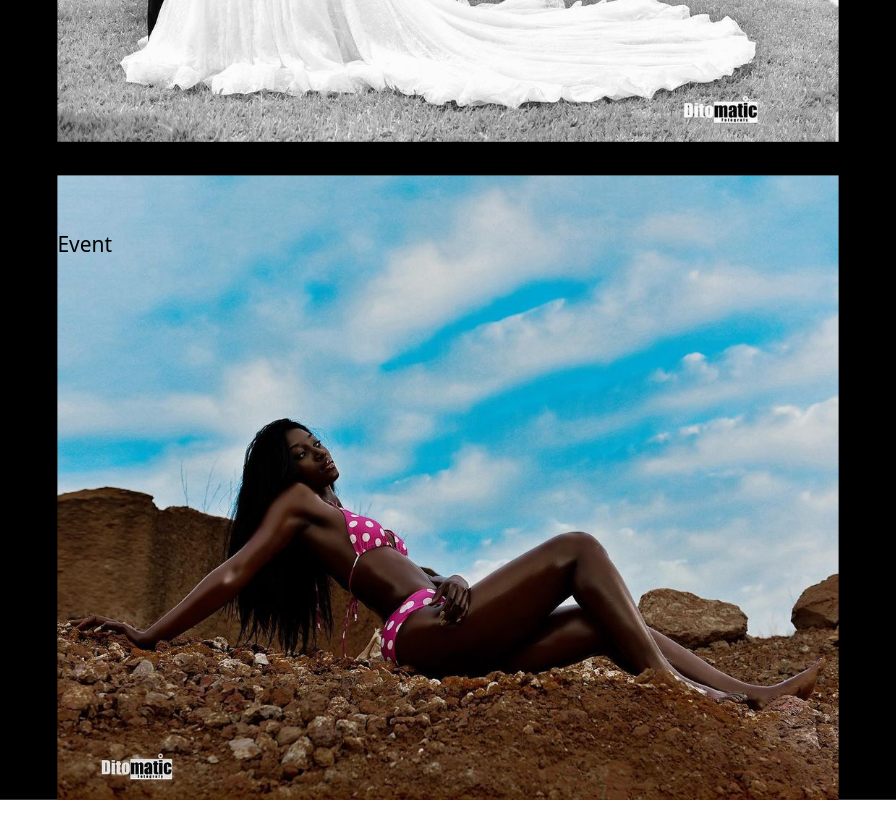
Repository: latenightsnacc/Ditomatic-Demo
Page: ditomatic.html
The author's editor kept a copy of each file at every save. The page is drawn from the files as they stood at one save, then again after the next save.
The browser window is 1280 px wide. The pictures show the part of the page from y = 542 to 2462 px (the page is 1732 px tall before and 3518 px after), at 70% of full size.
Some web libraries are served in a nearby version.

Above is the page before, as saved 2021-02-23 18:54:19.
Console error: TypeError: Cannot read properties of null (reading 'addEventListener')

### ditomatic.html
<!DOCTYPE html>
<html lang="en">
<head>
    <meta charset="UTF-8">
    <meta name="viewport" content="width=device-width, initial-scale=1.0">
    <!--Tailwind 2.0.2-->
    <link href="https://cdnjs.cloudflare.com/ajax/libs/tailwindcss/2.0.2/tailwind.min.css" rel="stylesheet">
    <!--Font Awesome 5.15.1-->
    <link rel="stylesheet" href="https://cdnjs.cloudflare.com/ajax/libs/font-awesome/5.15.1/css/all.min.css" integrity="sha512-+4zCK9k+qNFUR5X+cKL9EIR+ZOhtIloNl9GIKS57V1MyNsYpYcUrUeQc9vNfzsWfV28IaLL3i96P9sdNyeRssA==" crossorigin="anonymous" />
    <!-- Bootstrap 5.0.0 Beta-->
    <link href="https://cdn.jsdelivr.net/npm/bootstrap@5.0.0-beta1/dist/css/bootstrap.min.css" rel="stylesheet" integrity="sha384-giJF6kkoqNQ00vy+HMDP7azOuL0xtbfIcaT9wjKHr8RbDVddVHyTfAAsrekwKmP1" crossorigin="anonymous" />
    <!-- UIkit CSS -->
    <link rel="stylesheet" href="https://cdn.jsdelivr.net/npm/uikit@3.6.9/dist/css/uikit.min.css" />
    <link rel="stylesheet" href="stylesheet.css">
    <!--Page Title-->
    <title>Ditomatic Fotografy</title>
</head>
<body class="bg-black overflow-x-hidden">
    <!--Header-->
    <header>
        <nav class="navbar navbar-expand-lg navbar-light bg-black fixed-top mb-44">
            <div class="container">
                <a class="font-bold text-base uppercase text-white" href="#">
                    DITOMATIC
                    <!-- <img src="assets/Logos/TRY-Logo.png" alt="" width="150px" > -->
                </a>
                <ul class="navbar-nav ml-auto ">
                    <li class="nav-item">
                        <a class="nav-link font-bold text-base uppercase text-white" href="#">book appointment</a>
                    </li>
                </ul>
            </div>
        </nav>
    </header>
    <!--End of Header-->
    <main class="bg-transparent">
        <!--Event-->
        <section class="">
            <div class="container">
                <div class="relative">
                    <img src="images/TLFC-ConvertImage.jpg" alt="" width="100%">

                    <div class="absolute top-20 left-0">
                        <div class="text-black text-3xl hover:font-black">Event</div>
                    </div>
                </div>
            </div>
        </section>
        <!--End of Event-->

        <div class="my-5"></div>

        <!--Lifestyle-->
        <section class="">
            <div class="container">
                <div class="relative">
                    <img src="images/Bikini.jpg" alt="" width="100%">

                    <div class="absolute top-20 left-0">
                        <div class="text-black text-3xl hover:font-black">Event</div>
                    </div>
                </div>
            </div>
        </section>
        <!--End of Lifestyle-->
        <div class="my-5"></div>
        <!--Fashion-->

        <!--End of Fashion-->

    </main>
<!-- UIkit JS -->
<script src="main.js"></script>
<script src="https://cdn.jsdelivr.net/npm/uikit@3.6.9/dist/js/uikit.min.js"></script>

<!--BOOTSTRAP CDN-->
<script src="https://cdn.jsdelivr.net/npm/bootstrap@5.0.0-beta1/dist/js/bootstrap.bundle.min.js" integrity="sha384-ygbV9kiqUc6oa4msXn9868pTtWMgiQaeYH7/t7LECLbyPA2x65Kgf80OJFdroafW" crossorigin="anonymous"></script>

</body>
</html>

### stylesheet.css
.d-none, #eventSet {
    display: none;
}

### main.js
let lifeStlyeSet = document.getElementById('lifestyleSet');
let eventSet = document.getElementById('eventSet');


document.getElementById('lifestyleBtn').addEventListener('click', function() {
    if(lifeStlyeSet.style.display === 'none') {
        lifeStlyeSet.style.display = 'block';
    } else {
        lifeStlyeSet.style.display = 'none';
    }
    }
)
document.getElementById('eventBtn').addEventListener('click', function() {
    if(eventSet.style.display === 'none') {
        eventSet.style.display = 'block';
    } else {
        eventSet.style.display = 'none';
    }
    }
)

After the next save:
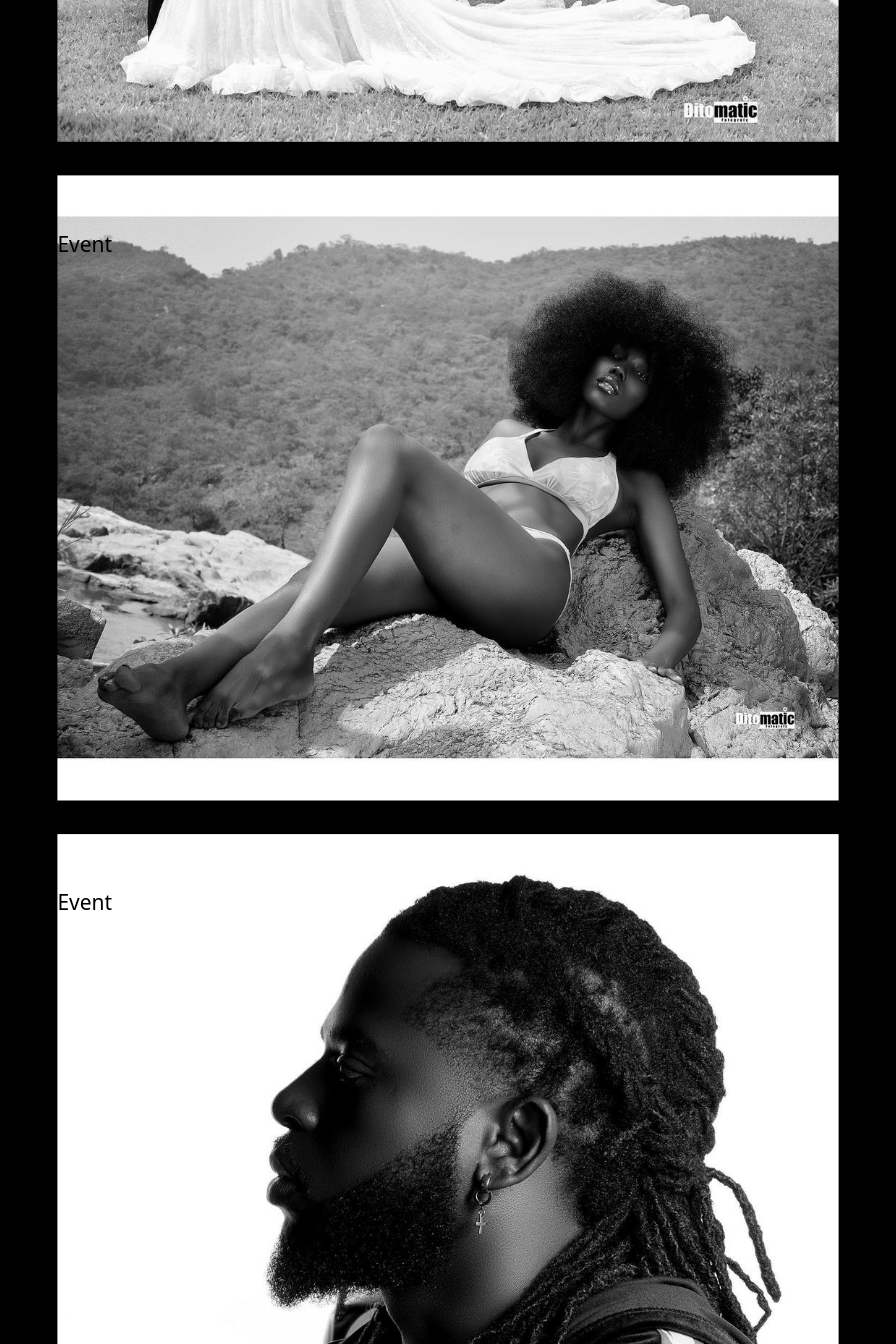
Saved 11 min 22 s later.
--- a/ditomatic.html
+++ b/ditomatic.html
@@ -54,7 +54,7 @@
         <section class="">
             <div class="container">
                 <div class="relative">
-                    <img src="images/Bikini.jpg" alt="" width="100%">
+                    <img src="images/Biki.jpg" alt="" width="100%">
 
                     <div class="absolute top-20 left-0">
                         <div class="text-black text-3xl hover:font-black">Event</div>
@@ -65,7 +65,30 @@
         <!--End of Lifestyle-->
         <div class="my-5"></div>
         <!--Fashion-->
+        <section class="">
+            <div class="container">
+                <div class="relative">
+                    <img src="images/sideMan.jpg" alt="" width="100%">
 
+                    <div class="absolute top-20 left-0">
+                        <div class="text-black text-3xl hover:font-black">Event</div>
+                    </div>
+                </div>
+            </div>
+        </section>
+        <!--End of Fashion-->
+        <!--Fashion-->
+        <section class="">
+            <div class="container">
+                <div class="relative">
+                    <img src="images/rays.jpg" alt="" width="100%">
+
+                    <div class="absolute top-20 left-0">
+                        <div class="text-black text-3xl hover:font-black">Event</div>
+                    </div>
+                </div>
+            </div>
+        </section>
         <!--End of Fashion-->
 
     </main>
